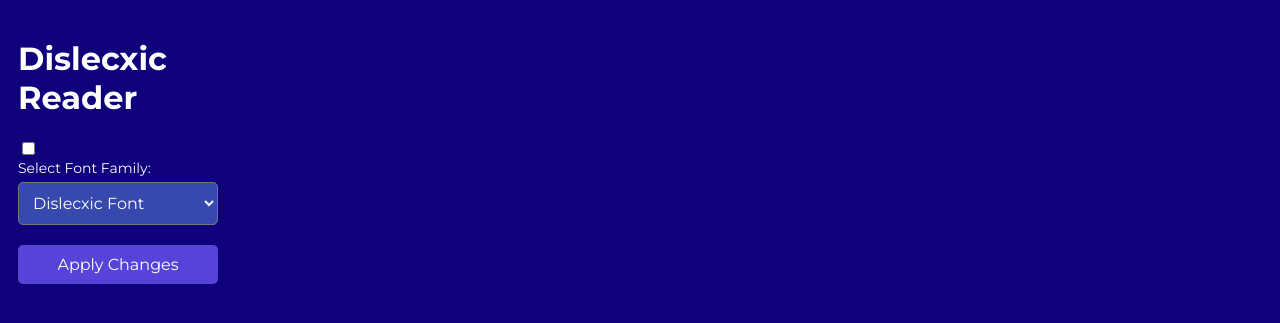
Repository: adatechschool/extension-navigateur-extension_walid_eliana_imelda
Page: Extention 3/popup.html
An editor plug-in stored every save of this project. The page is shown before and after the next save, followed by the edit.
The browser window is 1280 px wide. The pictures show the whole page.

Above is the page before, as saved 2024-01-15 12:47:57.

After the next save:
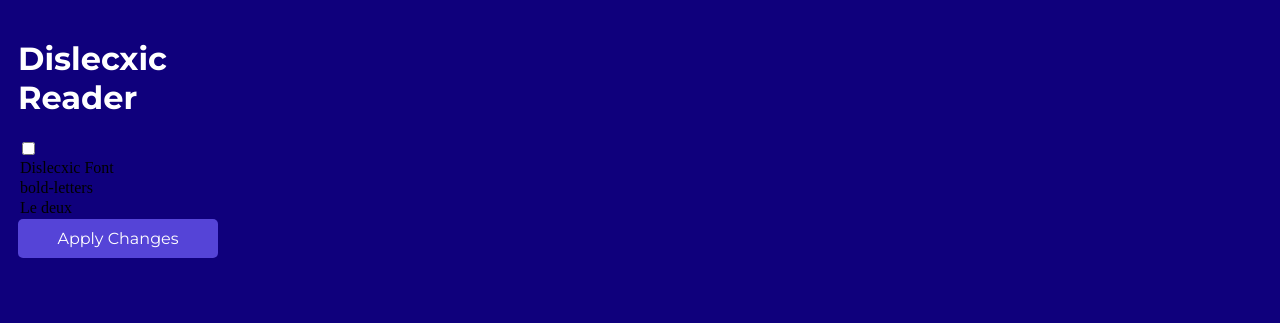
Saved 3 min 16 s later.
--- a/Extention 3/popup.html
+++ b/Extention 3/popup.html
@@ -15,10 +15,10 @@
 
     <h1> Dislecxic Reader </h1>
     <div>
-      <input type="checkbox">
-  <label for="font-family">Select Font Family:</label>
+
+      <input type="checkbox" id="font-family" for="font-family" Select Font Family:/>
 </div>
-  <select id="font-family">
+
 
     <option value= "OpenDyslexic-Regular">Dislecxic Font</option>
     <option value="helvetica">bold-letters</option>
